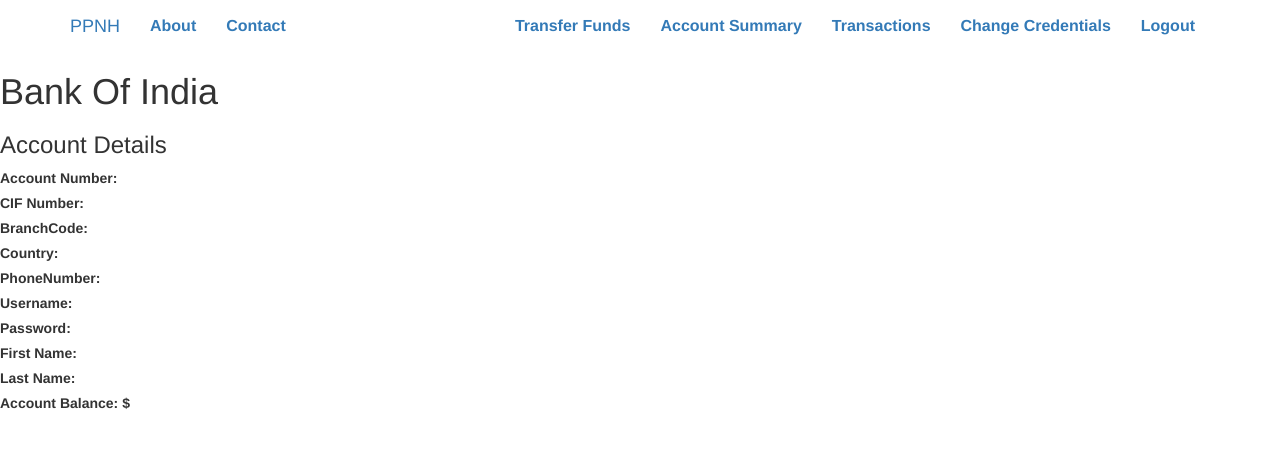
Repository: SivaSRKSomanchi/BellInfo-FinalProject
Page: http://localhost/bellinfo-finalproject/WEB-INF/view/accountSummary.jsp
The author's editor kept a copy of each file at every save. The page is drawn from the files as they stood at one save, then again after the next save.
The browser window is 1280 px wide. The pictures show the whole page.
Some web libraries are served in a nearby version. The page is served by Tomcat 9. Nobody is signed in. The template is opened directly, without the code that normally fills it, so the values that code supplies are empty.

Above is the page before, as saved 2017-08-10 20:57:42.

After the next save:
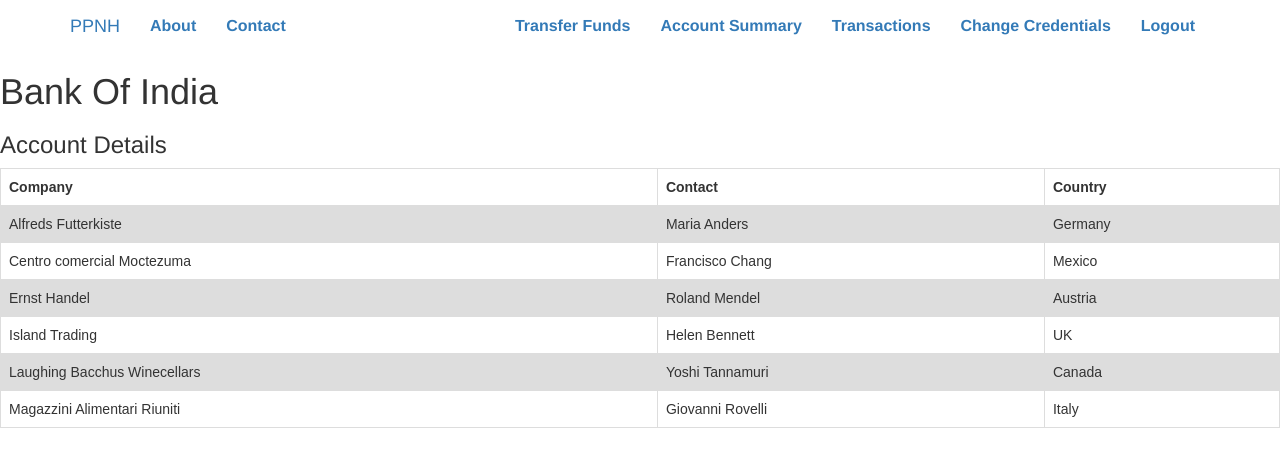
Saved 113 s later.
--- a/bellinfo-finalproject/src/main/webapp/WEB-INF/view/accountSummary.jsp
+++ b/bellinfo-finalproject/src/main/webapp/WEB-INF/view/accountSummary.jsp
@@ -7,21 +7,73 @@
 <!DOCTYPE html PUBLIC "-//W3C//DTD HTML 4.01 Transitional//EN" "http://www.w3.org/TR/html4/loose.dtd">
 <html>
 <head>
+<style>
+table {
+    font-family: arial, sans-serif;
+    border-collapse: collapse;
+    width: 100%;
+}
 
-<!-- Latest compiled and minified CSS -->
-<link rel="stylesheet"
-	href="https://maxcdn.bootstrapcdn.com/bootstrap/3.3.7/css/bootstrap.min.css"
-	integrity="sha384-BVYiiSIFeK1dGmJRAkycuHAHRg32OmUcww7on3RYdg4Va+PmSTsz/K68vbdEjh4u"
-	crossorigin="anonymous">
+td, th {
+    border: 1px solid #dddddd;
+    text-align: left;
+    padding: 8px;
+}
 
-<meta http-equiv="Content-Type" content="text/html; charset=ISO-8859-1">
-<title>Account Summary</title>
+tr:nth-child(even) {
+    background-color: #dddddd;
+}
+</style>
 </head>
 <body>
 	<div class="form-group" id="container">
 			<h1>Bank Of India</h1>
 	<h3>${userList.firstName}  Account Details</h3>
+
 	<table>
+  <tr>
+    <th>Company</th>
+    <th>Contact</th>
+    <th>Country</th>
+  </tr>
+  <tr>
+    <td>Alfreds Futterkiste</td>
+    <td>Maria Anders</td>
+    <td>Germany</td>
+  </tr>
+  <tr>
+    <td>Centro comercial Moctezuma</td>
+    <td>Francisco Chang</td>
+    <td>Mexico</td>
+  </tr>
+  <tr>
+    <td>Ernst Handel</td>
+    <td>Roland Mendel</td>
+    <td>Austria</td>
+  </tr>
+  <tr>
+    <td>Island Trading</td>
+    <td>Helen Bennett</td>
+    <td>UK</td>
+  </tr>
+  <tr>
+    <td>Laughing Bacchus Winecellars</td>
+    <td>Yoshi Tannamuri</td>
+    <td>Canada</td>
+  </tr>
+  <tr>
+    <td>Magazzini Alimentari Riuniti</td>
+    <td>Giovanni Rovelli</td>
+    <td>Italy</td>
+  </tr>
+</table>
+
+</div>
+</body>
+</html>
+
+
+<%-- <table>
 		<tbody>
 			<tr>
 				<td><label>Account Number: </label></td>
@@ -66,7 +118,4 @@
 				<td><h5>${userList.salary}</h5></td>
 			</tr>
 		</tbody>
-	</table>
-</div>
-</body>
-</html>
+	</table> --%>
